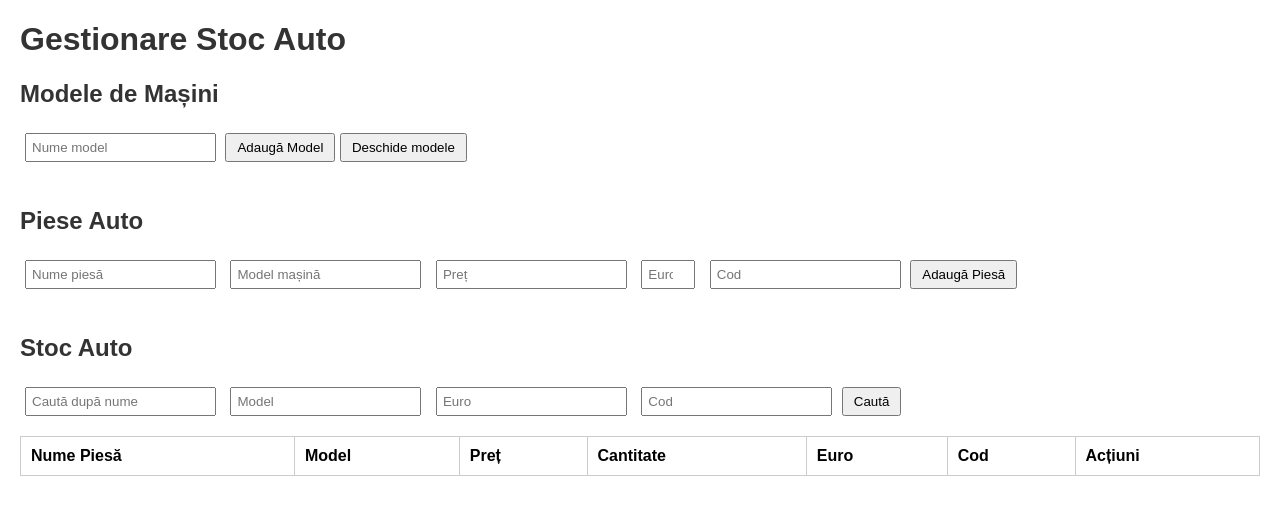
Repository: catalintoma21/autoturc
Page: stockapp1/src/main/resources/static/index.html
The author's editor kept a copy of each file at every save. The page is drawn from the files as they stood at one save, then again after the next save.
The browser window is 1280 px wide. The pictures show the whole page.
The page's requests for data from a server got no answer.

Above is the page before, as saved 2025-03-12 11:18:35.

### stockapp1/src/main/resources/static/index.html
<!DOCTYPE html>
<html lang="ro">
<head>
    <meta charset="UTF-8">
    <title>Gestionare Stoc Auto</title>
    <link rel="stylesheet" href="style.css">
</head>
<body>
    <h1>Gestionare Stoc Auto</h1>

    <!-- Secțiune pentru adăugarea unui model de mașină -->
	<section id="model-section">
	    <h2>Modele de Mașini</h2>
	    <input type="text" id="modelName" placeholder="Nume model">
	    <button id="addModelBtn">Adaugă Model</button>
	    <button id="openModelBtn">Deschide modele</button>
	</section>

	<!-- Modal pentru afișarea listei de modele -->
	<div id="modelModal" class="modal">
	    <div class="modal-content">
	        <span id="closeModelModal" class="close">&times;</span>
	        <h2>Lista modele</h2>
	        <ul id="modelList"></ul>
	    </div>
	</div>



    <!-- Secțiune pentru adăugarea unei piese -->
    <section id="part-section">
        <h2>Piese Auto</h2>
        <input type="text" id="partName" placeholder="Nume piesă">
        <input type="text" id="partCarModel" placeholder="Model mașină">
        <input type="number" id="partPrice" placeholder="Preț">
        <input type="number" id="partEuro" placeholder="Euro" min="3" max="9">
        <input type="text" id="partCode" placeholder="Cod">
        <button id="addPartBtn">Adaugă Piesă</button>
    </section>

    <!-- Secțiune pentru gestiunea stocului -->
    <section id="stock-section">
        <h2>Stoc Auto</h2>
        <input type="text" id="searchPartName" placeholder="Caută după nume">
        <input type="text" id="searchCarModel" placeholder="Model">
        <input type="text" id="searchEuro" placeholder="Euro">
        <input type="text" id="searchCode" placeholder="Cod">
        <button id="searchBtn">Caută</button>
        <table id="stockTable">
            <thead>
                <tr>
                    <th>Nume Piesă</th>
                    <th>Model</th>
                    <th>Preț</th>
                    <th>Cantitate</th>
                    <th>Euro</th>
                    <th>Cod</th>
                    <th>Acțiuni</th>
                </tr>
            </thead>
            <tbody>
                <!-- Rândurile se vor popula din JavaScript -->
            </tbody>
        </table>
    </section>

    <script src="main.js"></script>
</body>
</html>

### stockapp1/src/main/resources/static/style.css
body {
    font-family: Arial, sans-serif;
    margin: 20px;
}

h1, h2 {
    color: #333;
}

section {
    margin-bottom: 40px;
}

input {
    margin: 5px;
    padding: 5px;
}

button {
    padding: 5px 10px;
}

table {
    width: 100%;
    border-collapse: collapse;
    margin-top: 15px;
}

table, th, td {
    border: 1px solid #ccc;
}

th, td {
    padding: 10px;
    text-align: left;
}
/* Stil pentru modal */
.modal {
  display: none;
  position: fixed;
  z-index: 1;
  left: 0; top: 0;
  width: 100%; height: 100%;
  overflow: auto;
  background-color: rgba(0,0,0,0.4);
}

.modal-content {
  background-color: #fefefe;
  margin: 15% auto;
  padding: 20px;
  border: 1px solid #888;
  width: 80%;
}

.close {
  color: #aaa;
  float: right;
  font-size: 28px;
  font-weight: bold;
  cursor: pointer;
}

.close:hover,
.close:focus {
  color: black;
}

### stockapp1/src/main/resources/static/main.js
document.addEventListener('DOMContentLoaded', () => {
    // Funcții pentru apeluri AJAX
    const apiUrl = '/api';

    // Adăugare model
    document.getElementById('addModelBtn').addEventListener('click', () => {
        const modelName = document.getElementById('modelName').value;
        fetch(`${apiUrl}/models/add?modelName=${encodeURIComponent(modelName)}`, {
            method: 'POST'
        })
        .then(response => response.json())
        .then(data => {
            alert("Model adăugat!");
            loadModels();
        })
        .catch(error => console.error('Error:', error));
    });

    // Încarcă modelele în listă
    function loadModels() {
        fetch(`${apiUrl}/models/all`)
        .then(response => response.json())
        .then(models => {
            const modelList = document.getElementById('modelList');
            modelList.innerHTML = '';
            models.forEach(model => {
                const li = document.createElement('li');
                li.textContent = model.modelName;
                modelList.appendChild(li);
            });
        });
    }
    loadModels();

    // Adăugare piesă
    document.getElementById('addPartBtn').addEventListener('click', () => {
        const requestData = {
            name: document.getElementById('partName').value,
            carModel: document.getElementById('partCarModel').value,
            price: parseFloat(document.getElementById('partPrice').value),
            euro: parseInt(document.getElementById('partEuro').value),
            code: document.getElementById('partCode').value
        };

        fetch(`${apiUrl}/parts/add`, {
            method: 'POST',
            headers: {'Content-Type': 'application/json'},
            body: JSON.stringify(requestData)
        })
        .then(response => response.json())
        .then(data => {
            alert("Piesă adăugată!");
        })
        .catch(error => console.error('Error:', error));
    });

    // Căutare stoc
    document.getElementById('searchBtn').addEventListener('click', () => {
        const partName = document.getElementById('searchPartName').value;
        const carModel = document.getElementById('searchCarModel').value || "Toate";
        const euro = document.getElementById('searchEuro').value || "Toate";
        const code = document.getElementById('searchCode').value || "Toate";

        fetch(`${apiUrl}/inventory/search?partName=${encodeURIComponent(partName)}&carModel=${encodeURIComponent(carModel)}&euro=${encodeURIComponent(euro)}&code=${encodeURIComponent(code)}`)
        .then(response => response.json())
        .then(data => {
            populateStockTable(data);
        })
        .catch(error => console.error('Error:', error));
    });

    function populateStockTable(entries) {
        const tbody = document.getElementById('stockTable').querySelector('tbody');
        tbody.innerHTML = '';
        entries.forEach(entry => {
            const tr = document.createElement('tr');

            tr.innerHTML = `
                <td>${entry.partName}</td>
                <td>${entry.carModel}</td>
                <td>${entry.price}</td>
                <td>${entry.quantity}</td>
                <td>${entry.euro}</td>
                <td>${entry.code}</td>
                <td><button class="sellBtn" data-part="${entry.partName}" data-model="${entry.carModel}" data-price="${entry.price}" data-euro="${entry.euro}" data-code="${entry.code}">Vinde</button></td>
            `;
            tbody.appendChild(tr);
        });

        // Adaugă listener pentru butoanele de vânzare
        document.querySelectorAll('.sellBtn').forEach(button => {
            button.addEventListener('click', () => {
                const sellData = {
                    partName: button.getAttribute('data-part'),
                    carModel: button.getAttribute('data-model'),
                    price: parseFloat(button.getAttribute('data-price')),
                    euro: parseInt(button.getAttribute('data-euro')),
                    code: button.getAttribute('data-code')
                };

                fetch(`${apiUrl}/inventory/sell`, {
                    method: 'POST',
                    headers: {'Content-Type': 'application/json'},
                    body: JSON.stringify(sellData)
                })
                .then(response => response.text())
                .then(msg => {
                    alert(msg);
                    // Reîncărcă stocul după vânzare
                    document.getElementById('searchBtn').click();
                })
                .catch(error => console.error('Error:', error));
            });
        });
    }
});

After the next save:
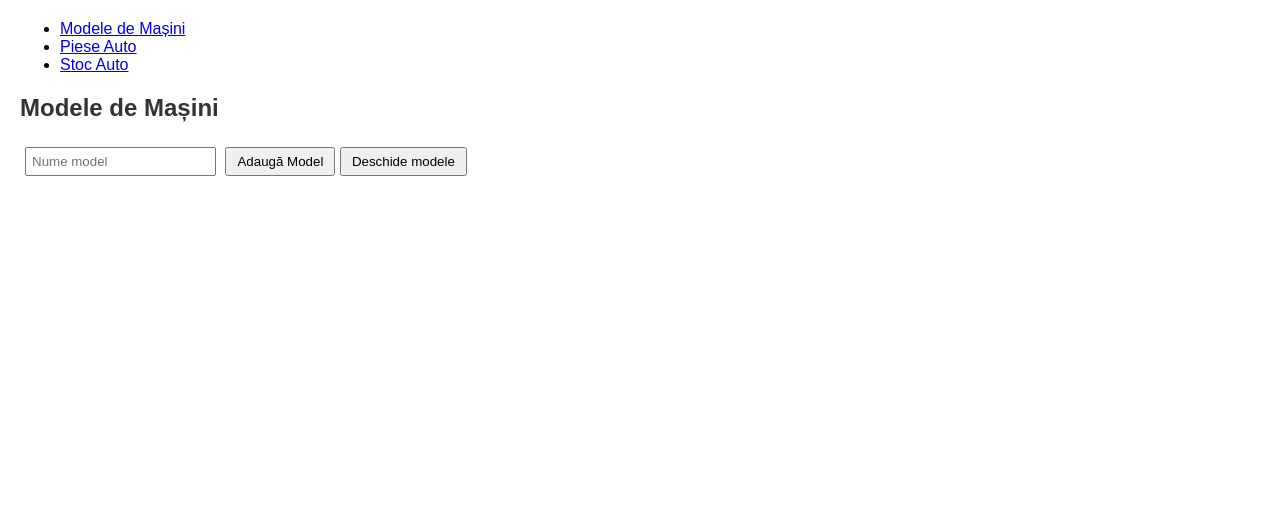
Saved 119 s later.
--- a/stockapp1/src/main/resources/static/index.html
+++ b/stockapp1/src/main/resources/static/index.html
@@ -1,69 +1,83 @@
 <!DOCTYPE html>
 <html lang="ro">
 <head>
-    <meta charset="UTF-8">
-    <title>Gestionare Stoc Auto</title>
-    <link rel="stylesheet" href="style.css">
+  <meta charset="UTF-8">
+  <title>Gestionare Stoc Auto</title>
+  <link rel="stylesheet" href="style.css">
 </head>
 <body>
-    <h1>Gestionare Stoc Auto</h1>
+  <div class="container">
+    <!-- Bara laterală -->
+    <nav class="sidebar">
+      <ul>
+        <li><a href="#" data-target="model-section">Modele de Mașini</a></li>
+        <li><a href="#" data-target="part-section">Piese Auto</a></li>
+        <li><a href="#" data-target="stock-section">Stoc Auto</a></li>
+      </ul>
+    </nav>
 
-    <!-- Secțiune pentru adăugarea unui model de mașină -->
-	<section id="model-section">
-	    <h2>Modele de Mașini</h2>
-	    <input type="text" id="modelName" placeholder="Nume model">
-	    <button id="addModelBtn">Adaugă Model</button>
-	    <button id="openModelBtn">Deschide modele</button>
-	</section>
+    <!-- Conținutul principal -->
+    <div class="content">
+      <!-- Secțiunea Modele -->
+      <section id="model-section" class="section">
+        <h2>Modele de Mașini</h2>
+        <div class="form-group">
+          <input type="text" id="modelName" placeholder="Nume model">
+          <button id="addModelBtn">Adaugă Model</button>
+          <button id="openModelBtn">Deschide modele</button>
+        </div>
+        <!-- Modal pentru afișarea listei de modele -->
+        <div id="modelModal" class="modal">
+          <div class="modal-content">
+            <span id="closeModelModal" class="close">&times;</span>
+            <h2>Lista modele</h2>
+            <ul id="modelList"></ul>
+          </div>
+        </div>
+      </section>
 
-	<!-- Modal pentru afișarea listei de modele -->
-	<div id="modelModal" class="modal">
-	    <div class="modal-content">
-	        <span id="closeModelModal" class="close">&times;</span>
-	        <h2>Lista modele</h2>
-	        <ul id="modelList"></ul>
-	    </div>
-	</div>
+      <!-- Secțiunea Piese -->
+      <section id="part-section" class="section" style="display: none;">
+        <h2>Piese Auto</h2>
+        <div class="form-group">
+          <input type="text" id="partName" placeholder="Nume piesă">
+          <input type="text" id="partCarModel" placeholder="Model mașină">
+          <input type="number" id="partPrice" placeholder="Preț">
+          <input type="number" id="partEuro" placeholder="Euro" min="3" max="9">
+          <input type="text" id="partCode" placeholder="Cod">
+          <button id="addPartBtn">Adaugă Piesă</button>
+        </div>
+      </section>
 
-
-
-    <!-- Secțiune pentru adăugarea unei piese -->
-    <section id="part-section">
-        <h2>Piese Auto</h2>
-        <input type="text" id="partName" placeholder="Nume piesă">
-        <input type="text" id="partCarModel" placeholder="Model mașină">
-        <input type="number" id="partPrice" placeholder="Preț">
-        <input type="number" id="partEuro" placeholder="Euro" min="3" max="9">
-        <input type="text" id="partCode" placeholder="Cod">
-        <button id="addPartBtn">Adaugă Piesă</button>
-    </section>
-
-    <!-- Secțiune pentru gestiunea stocului -->
-    <section id="stock-section">
+      <!-- Secțiunea Stoc -->
+      <section id="stock-section" class="section" style="display: none;">
         <h2>Stoc Auto</h2>
-        <input type="text" id="searchPartName" placeholder="Caută după nume">
-        <input type="text" id="searchCarModel" placeholder="Model">
-        <input type="text" id="searchEuro" placeholder="Euro">
-        <input type="text" id="searchCode" placeholder="Cod">
-        <button id="searchBtn">Caută</button>
+        <div class="form-group">
+          <input type="text" id="searchPartName" placeholder="Caută după nume">
+          <input type="text" id="searchCarModel" placeholder="Model">
+          <input type="text" id="searchEuro" placeholder="Euro">
+          <input type="text" id="searchCode" placeholder="Cod">
+          <button id="searchBtn">Caută</button>
+        </div>
         <table id="stockTable">
-            <thead>
-                <tr>
-                    <th>Nume Piesă</th>
-                    <th>Model</th>
-                    <th>Preț</th>
-                    <th>Cantitate</th>
-                    <th>Euro</th>
-                    <th>Cod</th>
-                    <th>Acțiuni</th>
-                </tr>
-            </thead>
-            <tbody>
-                <!-- Rândurile se vor popula din JavaScript -->
-            </tbody>
+          <thead>
+            <tr>
+              <th>Nume Piesă</th>
+              <th>Model</th>
+              <th>Preț</th>
+              <th>Cantitate</th>
+              <th>Euro</th>
+              <th>Cod</th>
+              <th>Acțiuni</th>
+            </tr>
+          </thead>
+          <tbody>
+            <!-- Rândurile se vor popula din JavaScript -->
+          </tbody>
         </table>
-    </section>
-
-    <script src="main.js"></script>
+      </section>
+    </div>
+  </div>
+  <script src="main.js"></script>
 </body>
 </html>
